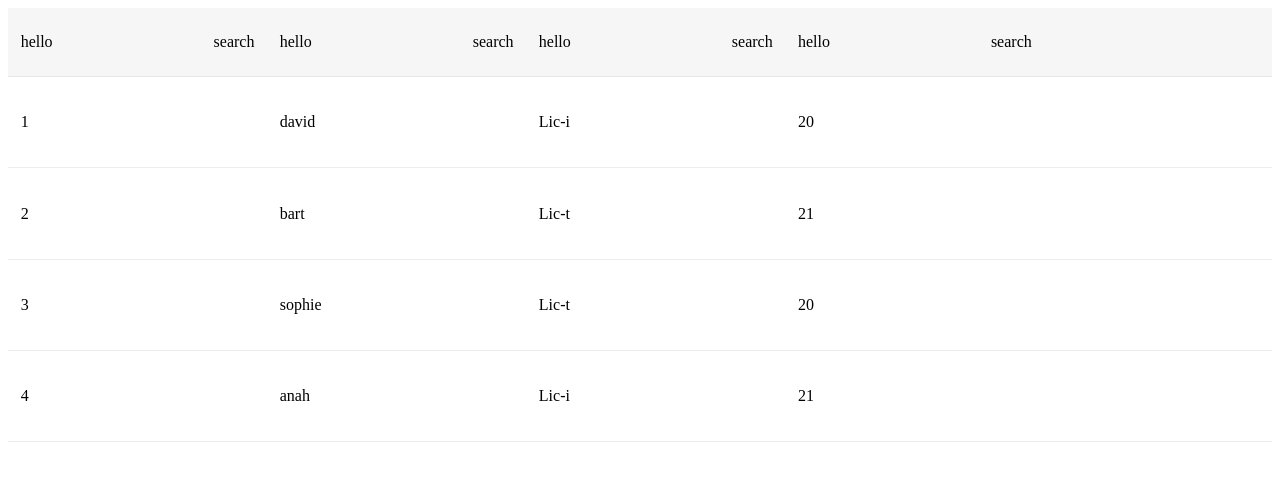
Repository: mrDav90/simple-htmlTable-generator
Page: index.html
These files come from the project's save history. The page is drawn as it stood at one moment and after the next save; the edit follows.
The browser window is 1280 px wide. The pictures show the whole page.

Above is the page before, as saved 2022-08-09 17:52:13.

After the next save:
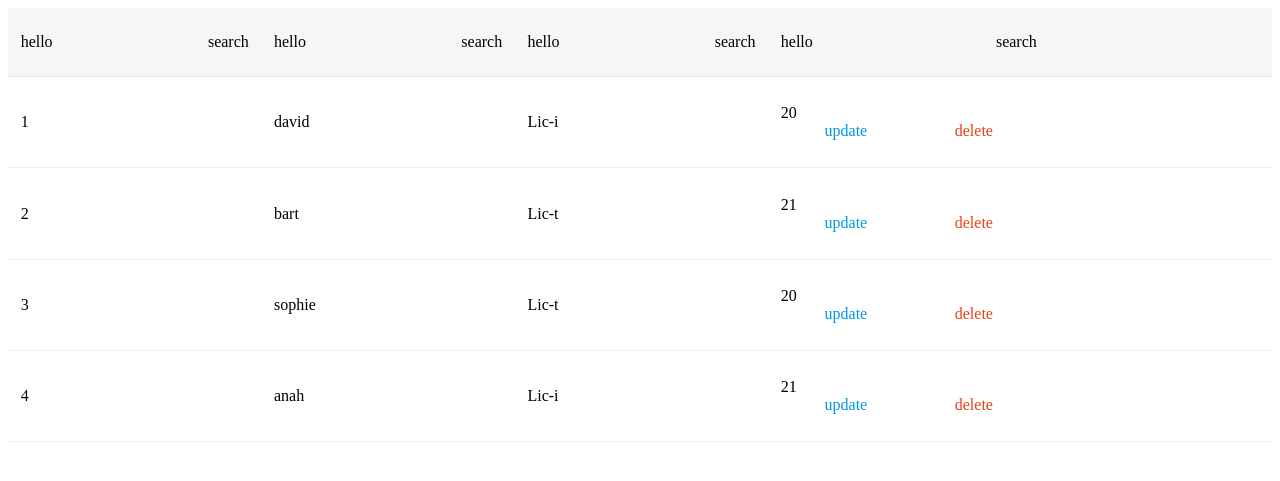
Saved 7 s later.
--- a/index.html
+++ b/index.html
@@ -91,7 +91,7 @@
                     if (tableOptions) {
                         for (let j = 0; j < columnCount; j++) {
 
-                            if (j === (columnCount) ) {
+                            if (j === (columnCount-1) ) {
                                 let optionContent = document.createElement("div");
                                     optionContent.classList = "optionContent";
 

After the 4 saves that followed:
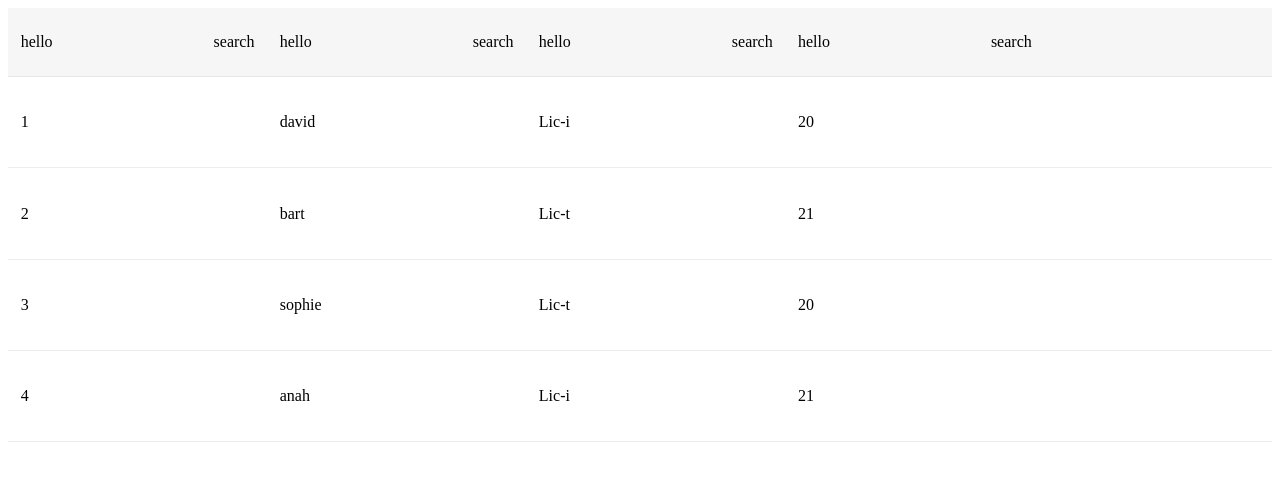
The 4 saves are shown as one change because 3 left the picture as it was.
The last was saved 3 min 16 s later.
--- a/index.html
+++ b/index.html
@@ -88,7 +88,7 @@
                         tr.appendChild(td);
                     }
 
-                    if (tableOptions) {
+                   /* if (tableOptions) {
                         for (let j = 0; j < columnCount; j++) {
 
                             if (j === (columnCount-1) ) {
@@ -109,7 +109,8 @@
                             }
 
                         }
-                    }
+
+                    } */
 
 
 
